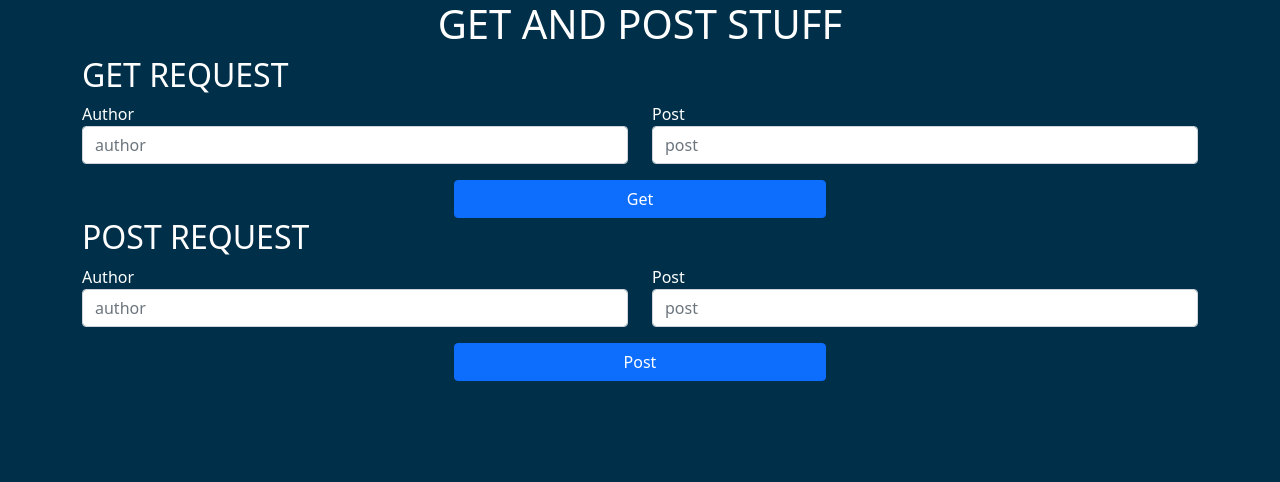
Repository: uditjain100/JavaScript-for-Web
Page: 17.REST/getPost.html
An editor plug-in stored every save of this project. The page is shown before and after the next save, followed by the edit.
The browser window is 1280 px wide. The pictures show the whole page.

Above is the page before, as saved 2021-01-28 17:01:33.

After the next save:
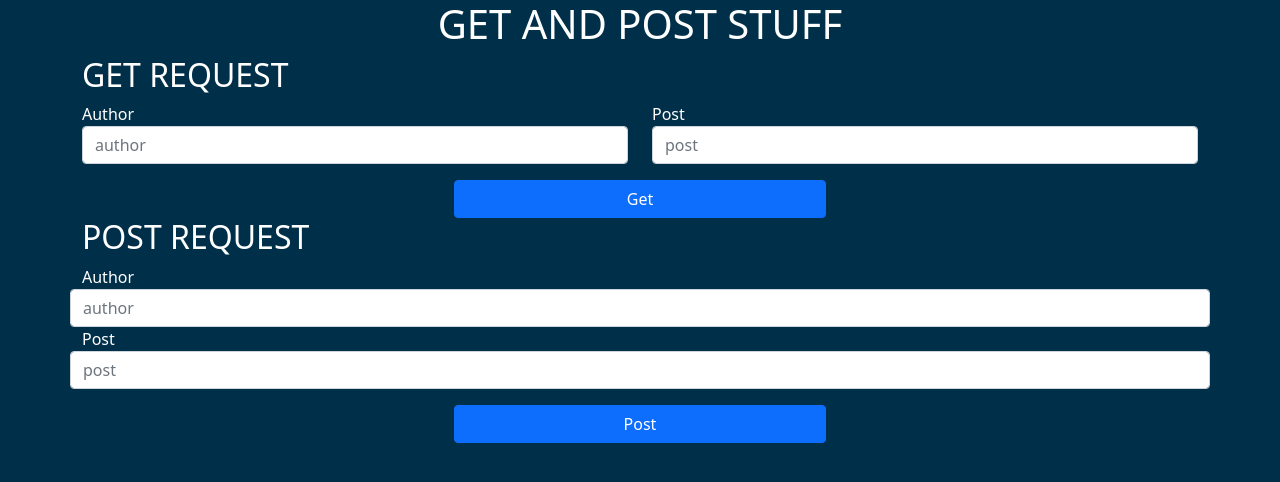
Saved 22 min 1 s later.
--- a/17.REST/getPost.html
+++ b/17.REST/getPost.html
@@ -51,7 +51,7 @@
 
       <h2 class="display_4">POST REQUEST</h2>
 
-      <form
+      <!-- <form
         action="http://localhost:3000/tacos"
         class="form-group"
         method="POST"
@@ -79,6 +79,32 @@
         <button type="submit" class="btn btn-primary d-grid col-4 mx-auto mt-3">
           Post
         </button>
+      </form> -->
+
+      <form
+        action="http://localhost:3000/tacos"
+        class="form-group"
+        method="POST"
+      >
+        <div class="row">
+          <label for="post_author" id="author_label">Author</label>
+          <input
+            type="text"
+            class="form-control"
+            id="post_author"
+            placeholder="author"
+          />
+          <label for="post_post" id="post_label">Post</label>
+          <input
+            type="text"
+            class="form-control"
+            id="post_post"
+            placeholder="post"
+          />
+        </div>
+        <button type="submit" class="btn btn-primary d-grid col-4 mx-auto mt-3">
+          Post
+        </button>
       </form>
     </div>
   </body>
